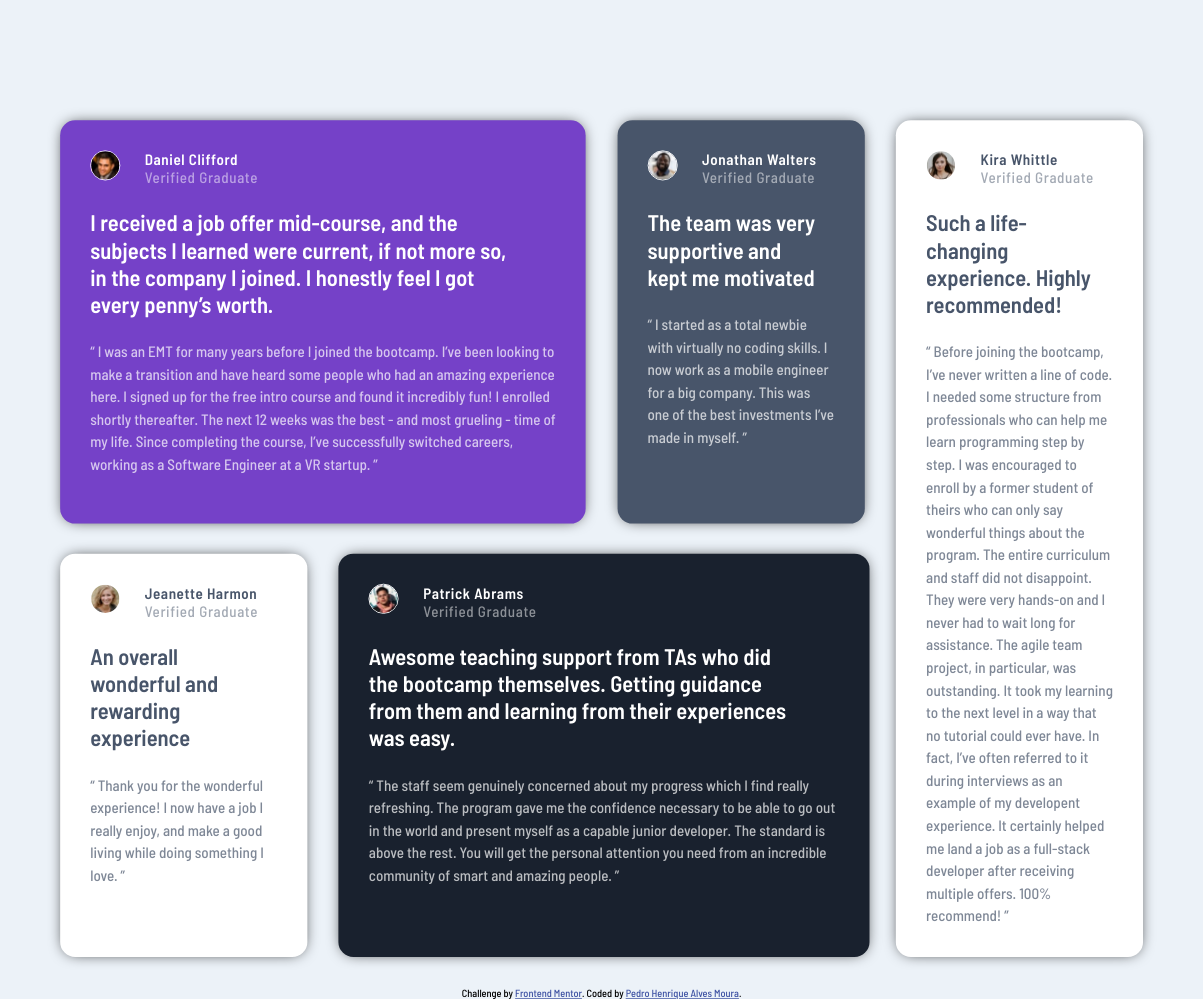
Repository: Pedrohamoura-Git/Frontend-Mentor-Challenges
Page: Junior/testimonials-grid-section-main/index.html
The author's editor kept a copy of each file at every save. The page is drawn from the files as they stood at one save, then again after a run of saves.
The browser window is 1280 px wide. The pictures show the whole page, at 94% of full size.

Above is the page before, as saved 2021-06-02 10:20:29.

### Junior/testimonials-grid-section-main/index.html
<!DOCTYPE html>
<html lang="en">
<head>
  <meta charset="UTF-8">
  <meta name="viewport" content="width=device-width, initial-scale=1.0"> <!-- displays site properly based on user's device -->

  <link rel="stylesheet" href="css/style.css">

  <title>Frontend Mentor | [Challenge Name Here]</title>

  <!-- Feel free to remove these styles or customise in your own stylesheet 👍 -->
  <style>
    .attribution { font-size: 11px; text-align: center; }
    .attribution a { color: hsl(228, 45%, 44%); }
  </style>
</head>
<body>

  <div id="wrapper">
    <div id="cards">
      <div id="card1">
        <header>
          <div class="picture">
            <img  src="images/image-daniel.jpg" alt="Daniel Clifford's Picture">
          </div>

          <div class="profile">
            <p>Daniel Clifford</p>
            <p class="status">Verified Graduate</p>
          </div>
          <div class="quotes"></div>
        </header>


        <h2>I received a job offer mid-course, and the subjects I learned were current, if not more so, in the company I joined. I honestly feel I got every penny’s worth.</h2>

        <p class="reviews">“ I was an EMT for many years before I joined the bootcamp. I’ve been looking to make a transition and have heard some people who had an amazing experience here. I signed up for the free intro course and found it incredibly fun! I enrolled shortly thereafter. The next 12 weeks was the best - and most grueling - time of my life. Since completing the course, I’ve successfully switched careers, working as a Software Engineer at a VR startup. ”</p>
      </div>

      <div id="card2">
        <header>
          <div class="picture">
            <img src="images/image-jonathan.jpg" alt="Jonathan Walters's Picture">
          </div>

          <div class="profile">
            <p>Jonathan Walters</p>
            <p class="status">Verified Graduate</p>
          </div>
        </header>

        <h2>The team was very supportive and kept me motivated</h2>

        <p class="reviews">“ I started as a total newbie with virtually no coding skills. I now work as a mobile engineer
          for a big company. This was one of the best investments I’ve made in myself. ”</p>
      </div>


      <div id="card3">
        <header>
          <div class="picture">
            <img src="images/image-jeanette.jpg" alt="Jeanette Harmon's Picture">
          </div>

          <div class="profile">
            <p>Jeanette Harmon</p>
            <p class="status">Verified Graduate</p>
          </div>
        </header>

        <h2>An overall wonderful and rewarding experience</h2>

        <p class="reviews">“ Thank you for the wonderful experience! I now have a job I really enjoy, and make a good living
          while doing something I love. ”</p>
      </div>

      <div id="card4">
        <header>
          <div class="picture">
            <img src="images/image-patrick.jpg" alt="Patrick Abrams's Picture">
          </div>

          <div class="profile">
            <p>Patrick Abrams</p>
            <p class="status">Verified Graduate</p>
          </div>
        </header>

        <h2>Awesome teaching support from TAs who did the bootcamp themselves. Getting guidance from them and
          learning from their experiences was easy.</h2>

        <p class="reviews">“ The staff seem genuinely concerned about my progress which I find really refreshing. The program
          gave me the confidence necessary to be able to go out in the world and present myself as a capable
          junior developer. The standard is above the rest. You will get the personal attention you need from
          an incredible community of smart and amazing people. ”</p>
      </div>

      <div id="card5">
        <header>
          <div class="picture">
            <img src="images/image-kira.jpg" alt="Kira Whittle's Picture">
          </div>

          <div class="profile">
            <p>Kira Whittle</p>
            <p class="status">Verified Graduate</p>
          </div>
        </header>

        <h2>Such a life-changing experience. Highly recommended!</h2>

        <p class="reviews">“ Before joining the bootcamp, I’ve never written a line of code. I needed some structure from
          professionals who can help me learn programming step by step. I was encouraged to enroll by a former
          student of theirs who can only say wonderful things about the program. The entire curriculum and staff
          did not disappoint. They were very hands-on and I never had to wait long for assistance. The agile team
          project, in particular, was outstanding. It took my learning to the next level in a way that no tutorial
          could ever have. In fact, I’ve often referred to it during interviews as an example of my developent
          experience. It certainly helped me land a job as a full-stack developer after receiving multiple offers.
          100% recommend! ”</p>
      </div>
    </div>
  </div>


  <footer>
    <div class="attribution">
      Challenge by <a href="https://www.frontendmentor.io?ref=challenge" target="_blank">Frontend Mentor</a>.
      Coded by <a href="#">Pedro Henrique Alves Moura</a>.
    </div>
  </footer>
</body>
</html>

### Junior/testimonials-grid-section-main/css/style.css
/*
** Core Formats
*/
    @import url('https://fonts.googleapis.com/css2?family=Barlow+Semi+Condensed:ital,wght@0,500;0,600;1,500;1,600&display=swap');


    * {
        box-sizing: border-box;
        font-family: "Barlow Semi Condensed";
        margin: 0;
        padding: 0;

    }

    html {
        Font-size: 13px;
    }

    body {
        background: hsl(210, 46%, 95%);
    }


/*
** Common Formats
*/
    #cards {
        color: white;
        margin: 10% auto;
        max-width: 1730px;
        min-width: 200px;
        width: 90%;
    }
    #cards .picture img {
        border: 1.5px solid white;
        border-radius: 3rem;
        width: 55%;
    }

    #cards h2 {
        font-size: 1.5rem;
        margin-bottom: 1.5rem;
        max-width: 90%;
    }

    #cards div.profile {
        letter-spacing: .04rem;
        margin-bottom: 1.5rem;
    }

    #cards div.profile :first-child {
        font-weight: 600;
    }

    #cards div.profile p.status {
        opacity: 50%;
    }

    #cards p.reviews {
        font-size: 1rem;
        line-height: 1.5rem;
        opacity: 70%;
    }

    #card1, #card2, #card3, #card4, #card5 {
        border-radius: 1rem;
        box-shadow: 0 0 1rem -5px black;
        margin-bottom: 2rem;
        padding: 2rem;
    }


    header {
        display: flex;
    }



    /* CONFIGURAR A IMAGEM DE ASPAS DEPOIS


         #cards #card1 h2 {
        z-index: 10;
    }


    #card1 ::before {
        content: '';
        background: url(../images/bg-pattern-quotation.svg)no-repeat;
        width: 30%;
        height: 20%;
        position: absolute;
        top: 3rem;
        right: 2rem;
        z-index: 2;
    }
    } */


/*
** Format each card individually
*/
    #card1 {
        background: hsl(263, 55%, 52%);
    }


    #card2 {
        background: hsl(217, 19%, 35%);
    }


    #card3 {
        background: white;
        color: hsl(217, 19%, 35%);
    }


    #card4 {
        background: hsl(219, 29%, 14%);
    }


    #card5 {
        background: white;
        color: hsl(217, 19%, 35%);
    }



/*
** Format the footer
*/
    footer {
        margin-top: -10%;
    }


    /*
    ** Tablet Layout
    */
        @media (min-width: 720px) {

            html {
                font-size: 16px;
            }

            #cards {
                display: grid;
                grid-template-columns: repeat(2, 1fr);
                column-gap: 2.1rem;
            }

            #card1 {
                grid-column: 1 / span 2;
            }

            #card4 {
                grid-column: 1 / span 2;
            }

            #card5 {
                grid-column: 1 / span 2;
            }
        }



    /*
    ** Desktop - Layout
    */
        @media (min-width: 1080px) {
            #cards {
                display: grid;
                grid-template-columns: repeat(4, 1fr);
                grid-template-rows: repeat(2, 1fr);
            }


            #card1 {
                grid-column: 1 / span 2;
                grid-row: 1;
            }

            #card4 {
                grid-column: 2 / span 3;
                grid-row: 2;

                /* To avoid an unintentional span  */
                width: 66%;
            }


            #card5 {
                grid-column: 4;
                grid-row: 1 / span 2;
            }
        }

After the next 4 saves:
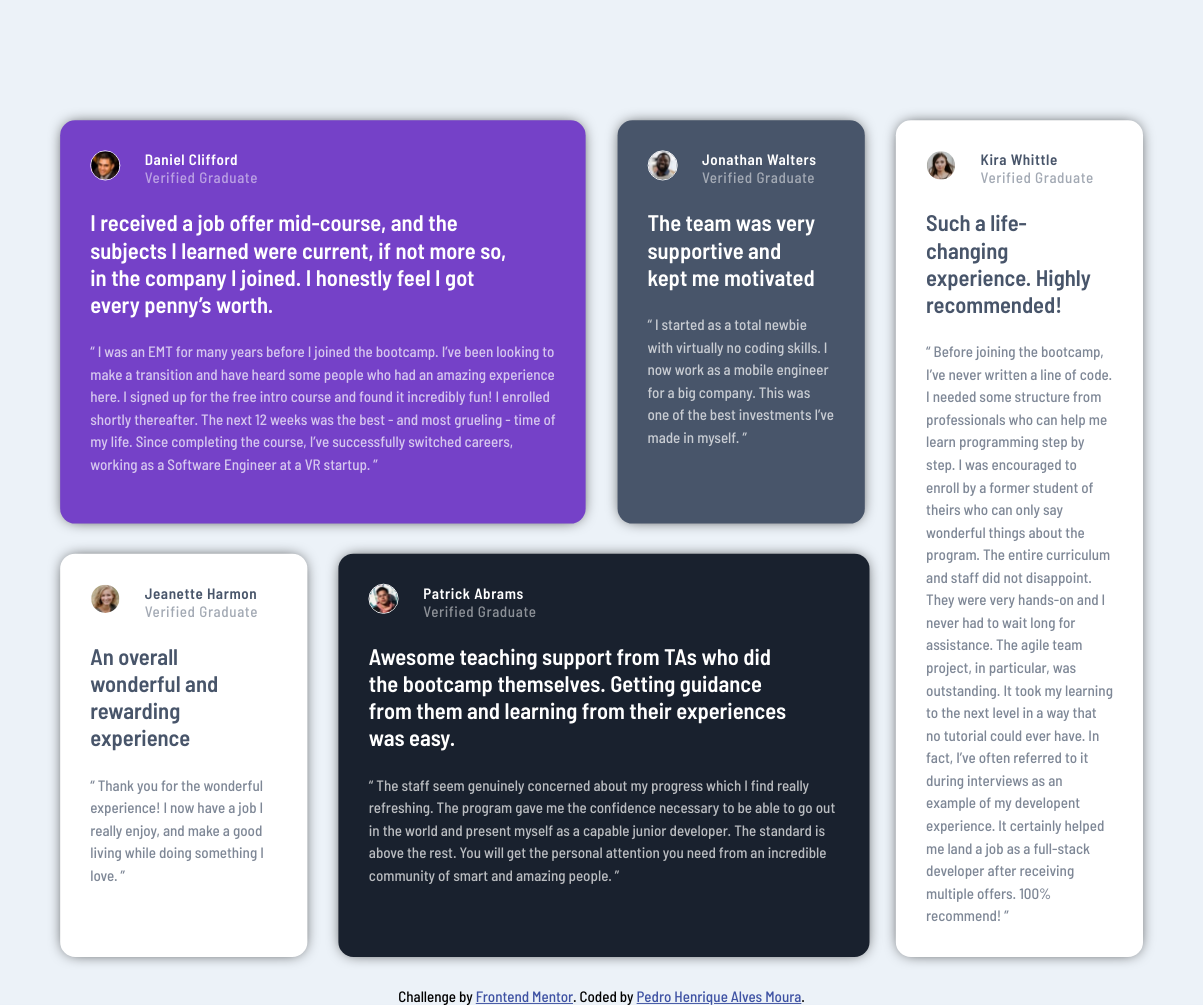
The 4 saves are shown as one change because they came seconds apart.
The last was saved 21 s later.
--- a/Junior/testimonials-grid-section-main/index.html
+++ b/Junior/testimonials-grid-section-main/index.html
@@ -123,7 +123,7 @@
 
 
   <footer>
-    <div class="attribution">
+    <div class="attribution" style="font-size: 1rem">
       Challenge by <a href="https://www.frontendmentor.io?ref=challenge" target="_blank">Frontend Mentor</a>.
       Coded by <a href="#">Pedro Henrique Alves Moura</a>.
     </div>
